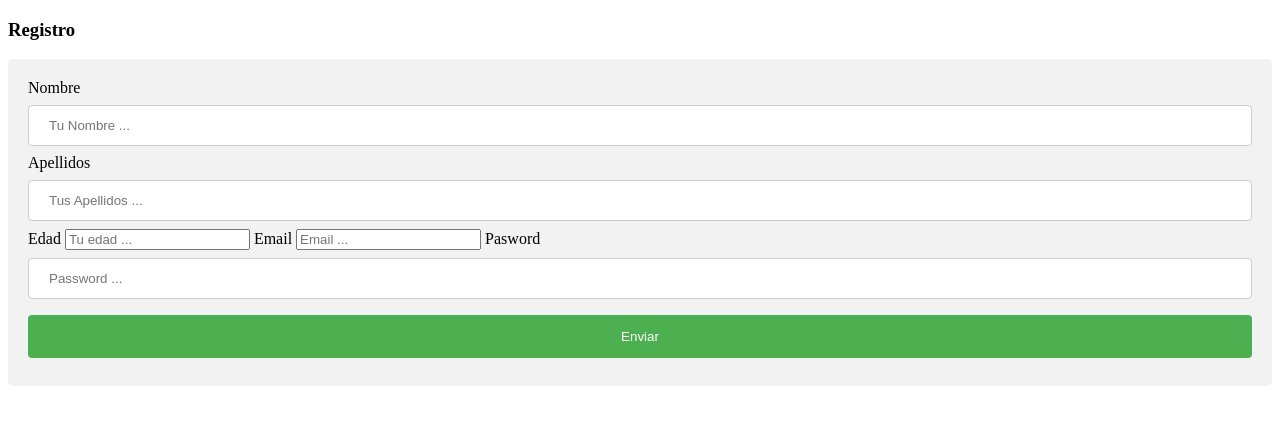
Repository: nachmz42/ProyectoJoker
Page: http://localhost/Joker/registro.jsp
The author's editor kept a copy of each file at every save. The page is drawn from the files as they stood at one save, then again after the next save.
The browser window is 1280 px wide. The pictures show the whole page.
The page is served by Tomcat 9.

Above is the page before, as saved 2021-06-30 16:31:07.

After the next save:
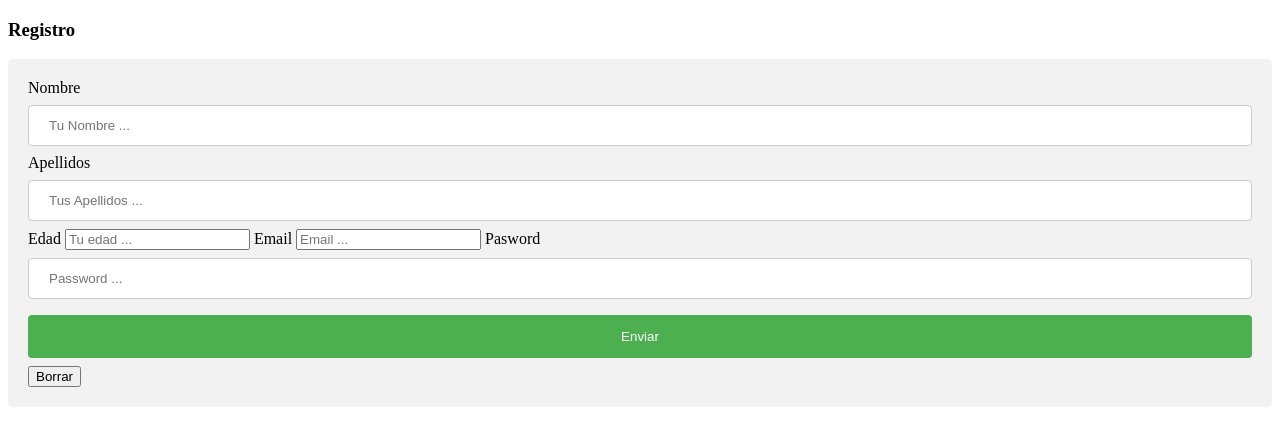
Saved 7 min 26 s later.
--- a/Joker/src/main/webapp/registro.jsp
+++ b/Joker/src/main/webapp/registro.jsp
@@ -12,7 +12,7 @@
 <h3>Registro</h3>
 
 <div>
-  <form action="/action_page.php">
+  <form action="/Joker/ServeletResgistro">
     <label for="nombre">Nombre</label>
     <input type="text" id="nombre" name="nombre" placeholder="Tu Nombre ...">
 
@@ -28,7 +28,8 @@
     <label for="password">Pasword</label>
     <input type="text" id="password" name="password" placeholder="Password ...">
 
-    <input type="submit" value="Enviar">
+    <input type="submit" value="Enviar"><br>
+    <input type="reset" value="Borrar"><br>
   </form>
 </div>
 </body>
